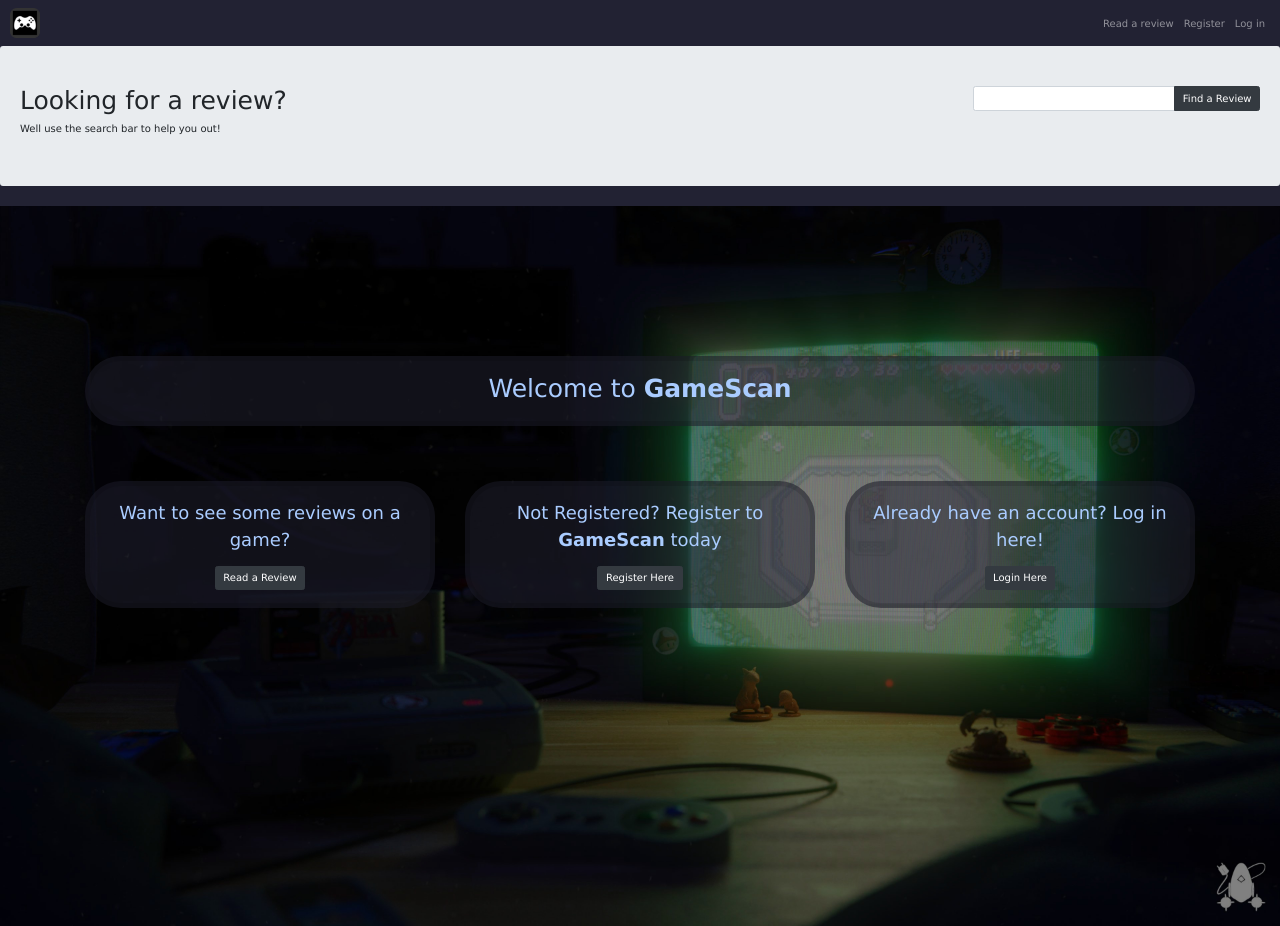
Repository: amit238/milestone-project-3
Page: http://localhost/
The author's editor kept a record of every edit. The page is drawn from the files as they stood at one moment, then again after the next edit.
The browser window is 1280 px wide. The pictures show the whole page.
Some web libraries are served in a nearby version. The page is served by the project's application, run on Flask 3 (app.py). Other server files are loaded and not shown.

Above is the page before.

### templates/index.html
{% extends "base.html" %} {% block nav_index %}active{% endblock %} {% block content %}
<div class="background">
    <div class="container fade-in">
        <div class="row">
            <div class="col-12 homepage">
                <div class="card homepage-card">
                    <div class="card-body">
                        <h1 class="welcome">Welcome to <strong>GameScan</strong></h1>
                    </div>
                </div>
            </div>
        </div>
        <div class="row padding-text-align">
            <div class="col-12 col-lg-4">
                <div class="card homepage-card">
                    <!--Homepage which shows cards providing buttons to redirect -->
                    <div class="card-body">
                        <p>Want to see some reviews on a game?</p>
                        <a href="{{ url_for('reviews') }}" ><button method="get" type="submit" type="button" class="btn btn-dark">Read a Review</button></a>
                    </div>
                </div>
            </div>
            <div class="col-12 col-lg-4">
                <div class="card homepage-card">
                    <div class="card-body">
                        <p>Not Registered? Register to <strong>GameScan</strong> today</p>
                        <a href="{{ url_for('register') }}"><button type="button" class="btn btn-dark">Register Here</button></a>
                    </div>
                </div>
            </div>
            <div class="col-12 col-lg-4">
                <div class="card homepage-card">
                    <div class="card-body">
                        <p>Already have an account? Log in here!</p>
                        <a href="{{ url_for('login') }}"><button type="button" class="btn btn-dark">Login Here</button></a>
                    </div>
                </div>
            </div>
        </div>
        {% endblock %}

### templates/base.html
<!DOCTYPE html>
<html lang="en">

<head>
  <meta charset="UTF-8">
  <meta name="viewport" content="width=device-width, initial-scale=1.0">
  <meta http-equiv="X-UA-Compatible" content="ie=edge"> {% if title %}
  <title>GameScan - {{ title }} </title>
  {% else %}
  <title>Welcome to GameScan!</title>
  {% endif %}
  <link rel="stylesheet" href="https://maxcdn.bootstrapcdn.com/bootstrap/4.2.1/css/bootstrap.min.css" type="text/css" />
  <link rel="stylesheet" href="https://use.fontawesome.com/releases/v5.0.10/css/all.css" integrity="sha384-+d0P83n9kaQMCwj8F4RJB66tzIwOKmrdb46+porD/OvrJ+37WqIM7UoBtwHO6Nlg" crossorigin="anonymous">
  <link rel="stylesheet" href="{{url_for('static', filename='css/style.css')}}" type="text/css" />
  <link rel="shortcut icon" type="image/ico" href="{{ url_for('static', filename='img/favicon.ico') }}" />
</head>

<body>

  <header>
    <nav class="navbar navbar-expand-lg navbar-dark bg-custom ">
      <a class="navbar-brand" href="{{ url_for('index') }}">
       <img src="{{ url_for('static', filename='img/favicon.ico') }}" width="30" height="30" alt="">
  </a>
      <button class="navbar-toggler" type="button" data-toggle="collapse" data-target="#navbarNavAltMarkup" aria-controls="navbarNavAltMarkup" aria-expanded="false" aria-label="Toggle navigation">
    <span class="navbar-toggler-icon"></span>
  </button>
      <div class="collapse navbar-collapse" id="navbarNavAltMarkup">
        <div class="navbar-nav ml-auto">
          <!--Being 'logged in' will show different links-->
          {% if session['logged_in'] == True %}
          <a class="nav-item nav-link" href="{{ url_for('reviews') }}">Read a review</a>
          <a class="nav-item nav-link" href="{{ url_for('addreview') }}">Write a review</a>
          <a class="nav-item nav-link" href="{{ url_for('logout') }}">Sign Out</a> {% else %}
          <a class="nav-item nav-link" href="{{ url_for('reviews') }}">Read a review</a>
          <a class="nav-item nav-link" href="{{ url_for('register') }}">Register</a>
          <a class="nav-item nav-link" href="{{ url_for('login') }}">Log in</a> {% endif %}
        </div>
      </div>
    </nav>
    <div class="jumbotron">
    <div class="row">
      <div class="col-lg-9">
        <h1>Looking for a review?</h1>
        <p>Well use the search bar to help you out!</p>
      </div>
      <div class="col-lg-3">
        <form class="input-group mb-3" action="{{ url_for('search') }}">
          <input class="form-control" type="text" name="query" />
          <div class="input-group-append">
            <button class="btn btn-dark" type="submit">Find a Review</button>
          </div>
        </form>
      </div>
    </div>
    </div>
    {% with messages = get_flashed_messages() %} {% if messages %}
    <ul>
      {% for message in messages %}
      <li class="alert-warning">{{ message }}</li>
      {% endfor %}
    </ul>
    {% endif %} {% endwith %} {% block content %} {% endblock %}
  </header>
  <script src="https://code.jquery.com/jquery-3.5.1.js" integrity="sha256-QWo7LDvxbWT2tbbQ97B53yJnYU3WhH/C8ycbRAkjPDc=" crossorigin="anonymous"></script>
  <script src="https://cdnjs.cloudflare.com/ajax/libs/popper.js/1.14.6/umd/popper.min.js" integrity="sha384-wHAiFfRlMFy6i5SRaxvfOCifBUQy1xHdJ/yoi7FRNXMRBu5WHdZYu1hA6ZOblgut" crossorigin="anonymous"></script>
  <script src="https://stackpath.bootstrapcdn.com/bootstrap/4.2.1/js/bootstrap.min.js" integrity="sha384-B0UglyR+jN6CkvvICOB2joaf5I4l3gm9GU6Hc1og6Ls7i6U/mkkaduKaBhlAXv9k" crossorigin="anonymous"></script>
</body>

</html>

### app.py
import os
if os.path.exists("env.py"):
  import env
from flask import Flask, render_template, redirect, request, url_for, flash, session
from forms import LoginForm, RegisterForm, ReviewGameForm
from flask_pymongo import PyMongo
from bson.objectid import ObjectId
import re
import bcrypt

app = Flask(__name__)
app.config["MONGO_DBNAME"] = 'game_scan'
app.config["MONGO_URI"] = os.environ.get('MONGO_URI')

mongo = PyMongo(app)

SECRET_KEY = os.urandom(32)
app.config['SECRET_KEY'] = SECRET_KEY



@app.route('/reviews')
def reviews():
    return render_template('reviews.html', title="Read a review!", game_reviews=mongo.db.game_reviews.find())







@app.route('/')
def index():
    return render_template('index.html', title="Home")






# Adding Log in

@app.route('/login', methods=['GET', 'POST'])
def login():
    """Login handler"""
    if session.get('logged_in'):
        if session['logged_in'] is True:
            return redirect(url_for('index', title="Log In"))

    form = LoginForm()

    if form.validate_on_submit():
        # get all users
        users = mongo.db.users
        # try and get one with same name as entered
        db_user = users.find_one({'name': request.form['username']})

        if db_user:
            # check password using hashing
            if bcrypt.hashpw(request.form['password'].encode('utf-8'),
                             db_user['password']) == db_user['password']:
                session['username'] = request.form['username']
                session['logged_in'] = True
                flash('You have successfully logged in!')
                # successful redirect to home logged in
                return redirect(url_for('index', title="Sign In", form=form))
            # must have failed set flash message
            flash('Invalid username/password combination')
    return render_template("login.html", title="Sign In", form=form)





@app.route('/logout')
def logout():
    """Clears session and redirects to home"""
    session.clear()
    return redirect(url_for('index'))





# Adding in Register form

@app.route('/register', methods=['GET', 'POST'])
def register():
    """Handles registration functionality"""
    form = RegisterForm(request.form)
    if form.validate_on_submit():
        # get all the users
        users = mongo.db.users
        # see if we already have the entered username
        existing_user = users.find_one({'name': request.form['username']})

        if existing_user is None:
            # hash the entered password
            hash_pass = bcrypt.hashpw(request.form['password'].encode('utf-8'), bcrypt.gensalt())
            # insert the user to DB
            users.insert_one({'name': request.form['username'],
                          'password': hash_pass,
                          'email': request.form['email']})
            session['username'] = request.form['username']
            session['logged_in'] = True
            # Logs user in after registering
            return redirect(url_for('index'))
        # duplcate username set flash message and reload page
        flash('Sorry, that username is already taken - use another')
        return redirect(url_for('register'))
    return render_template('register.html', title='Register', form=form)





# Adding a review

@app.route('/addreview', methods=['GET', 'POST'])
def addreview():

   # If user gets onto the add page but not logged in

    if 'logged_in' not in session:
        flash('To add a review you need to sign in')
        return redirect(url_for('login'))

   # If form submits successfully

    form = ReviewGameForm(request.form)
    if request.method == 'POST':
        game_reviews=mongo.db.game_reviews
        print('inside')
        print('rating:' + request.form['rating'])
        # import pdb; pdb.set_trace()
        # add form content to db as a new record
        game_reviews.insert_one({
            'user_created': session['username'],
            'name': request.form['name'],
            'genre': request.form['genre'],
            'rating': request.form['rating'],
            'description': request.form['description'],
            })

        flash('Your Review has been added ', 'success')

        # send to my reviews template on successful add
        return redirect(url_for('reviews'))

    return render_template('addreview.html', form=form,
                           title='Add a Review')





# Editing a review

@app.route('/editreview/<id>', methods=['GET', 'POST'])
def editreview(id):


    a_reivew = mongo.db.game_reviews.find_one({'_id': ObjectId(id)})
    # retrieving record from db


    form = ReviewGameForm(data=a_reivew)

    if form.validate_on_submit():  # if form submits successfully
        game_reviews = mongo.db.game_reviews


        # add form content to db as a new record
        game_reviews.update_one({'_id': ObjectId(id)}, {'$set': {
            'name': request.form['name'],
            'genre': request.form['genre'],
            'rating': request.form['rating'],
            'description': request.form['description'],
            }})
        flash('Your review has been updated!', 'success')

        # send to my review template on successful addupdate
        return redirect(url_for('reviews', id=id))

    return render_template('editreview.html', form=form,
                           title='Edit a  Review!')


# Delete a review

# If user is logged in and wants to delete a review

@app.route('/deletereview/<id>', methods=['GET', 'POST'])
def deletereview(id):

    flash("Your review has been removed!.")
    mongo.db.game_reviews.delete_one({'_id': ObjectId(id)})
    return redirect(url_for('index'))

# Adding a Search bar to my reviews page


@app.route('/search', methods=['POST'])
def search():
    # This creates an index in each of the fields in the collect to perform a text search on them
    mongo.db.game_reviews.create_index([('description', 'text'), ('name','text'), ('genre', 'text'),])

    query = request.form.get('query')
    game_reviews = mongo.db.game_reviews.find({'$text': {'$search': query}})
    return render_template('reviews.html', game_reviews=game_reviews, type='search', query=query)




# Adding a 404 error page

''' If user goes onto a page that doesnt exist on the app '''

@app.errorhandler(404)
def handle_404(exception):
    return render_template('404.html', exception=exception, title="404 Error")

if __name__ == '__main__':
    app.run(host=os.environ.get('IP'),
            port=int(os.environ.get('PORT')),
            debug=False)

### static/css/style.css
html {
  font-size: 10px;
}

body {
  padding: 0;
  margin: 0;
  background-color: #222233;
  font-family: "Lucida Sans Unicode", "Lucida Grande", sans-serif;
  ;
}

/*----Navbar----*/

.bg-custom {
  background-color: #222233;
}

.nav-item {
  color: #aaccff;
}

/*----Homepage----*/

.padding-text-align {
  padding-top: 5em;
  text-align: center;
}

.homepage-card {
  font-size: large;
  background-color: rgba(34, 34, 51, 0.5);
  border-radius: 2em;
  border-width: thick;
  animation: fade-cards-in 2s ease-out;
  margin-bottom: 5px;
  color: #AACCFF
}

@keyframes fade-cards-in {
  0% {
    opacity: .5;
    transform: translateY(30px);
  }
  80% {
    transform: translateY(3px);
  }
  100% {
    opacity: 1;
    transform: translate(0);
  }
}

.background {
  background-image: url('../img/night.jpg');
  background-color: #222233;
  background-size: cover;
  background-repeat: no-repeat;
  height: 100vh;
}

.homepage {
  padding-top: 15em;
  text-align: center;
}

/*----Add Review----*/
/*-some css also in reviews.html to stop repeating-*/

.form-bg {
  background-color: #222233;
  margin-top: 2em;
}

.thick-border {
  border-width: thick;

}

.form-text {
  color: #AACCFF;
  font-size: 1.4rem;
  border-width: thick;
}

.form-btn {
  text-align: center;
  background-color: #222233;
}

.center-header {
  text-align: center;
}


/*----Reviews----*/

.center {
  text-align: center;
  border-width: thick;
}

.description {
  margin-top: 2em;
  text-align: left;
}

.review-title {
  font-weight: 900;
}


/*----Register----*/
/*-some css also in other html pages to stop repeating-*/

.color-center {
  color: #AACCFF;
  text-align: center;
}

.padding-top {
  padding-top: 1em;
}


.border-box {
  border-radius: 1rem;
}




.message {
  text-align: center;
  color: white;
  padding-left: 3rem;
}

After the next edit:
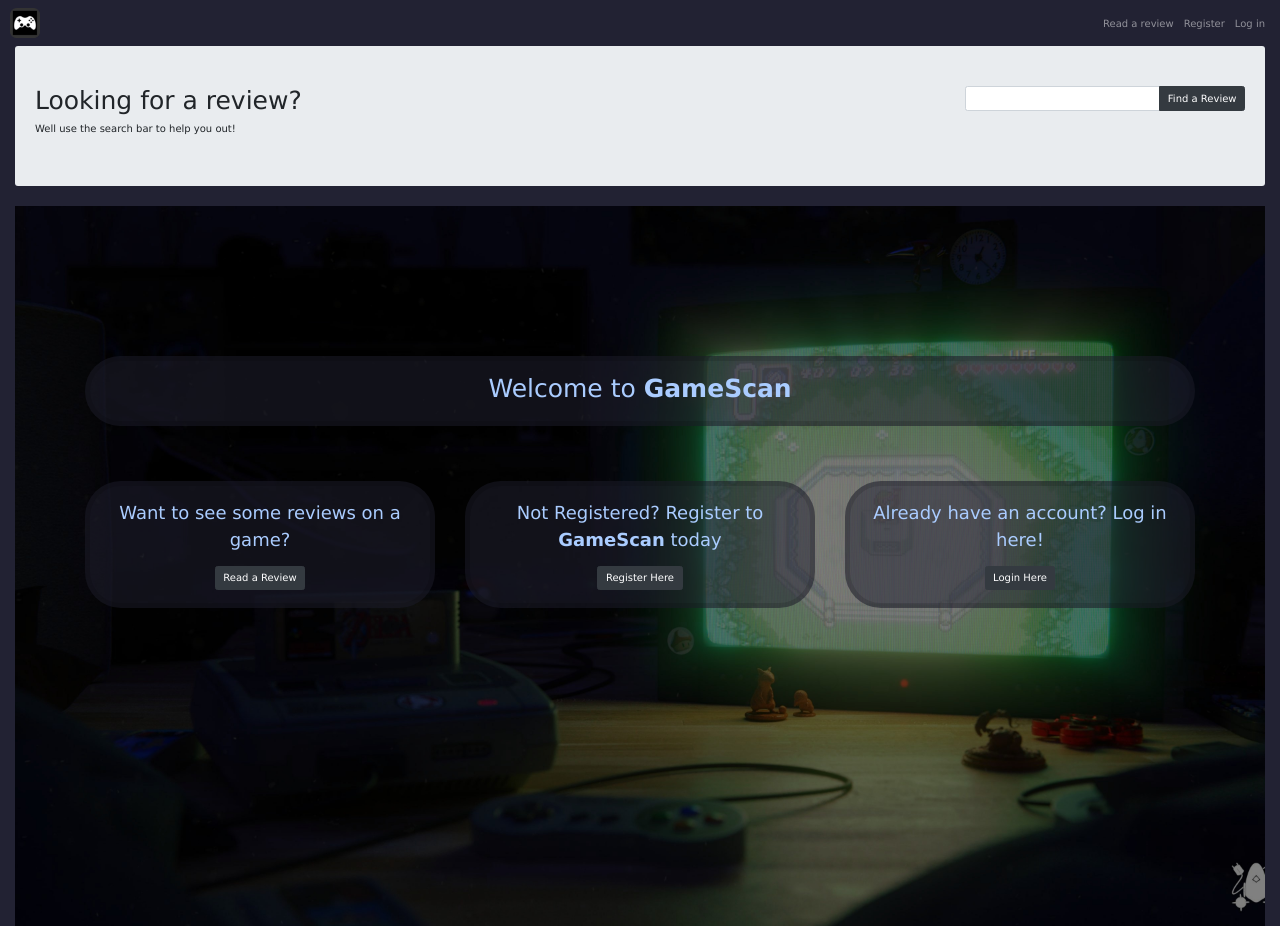
The edit:
--- a/templates/base.html
+++ b/templates/base.html
@@ -38,6 +38,7 @@
         </div>
       </div>
     </nav>
+    <div class="container-fluid">
     <div class="jumbotron">
     <div class="row">
       <div class="col-lg-9">
